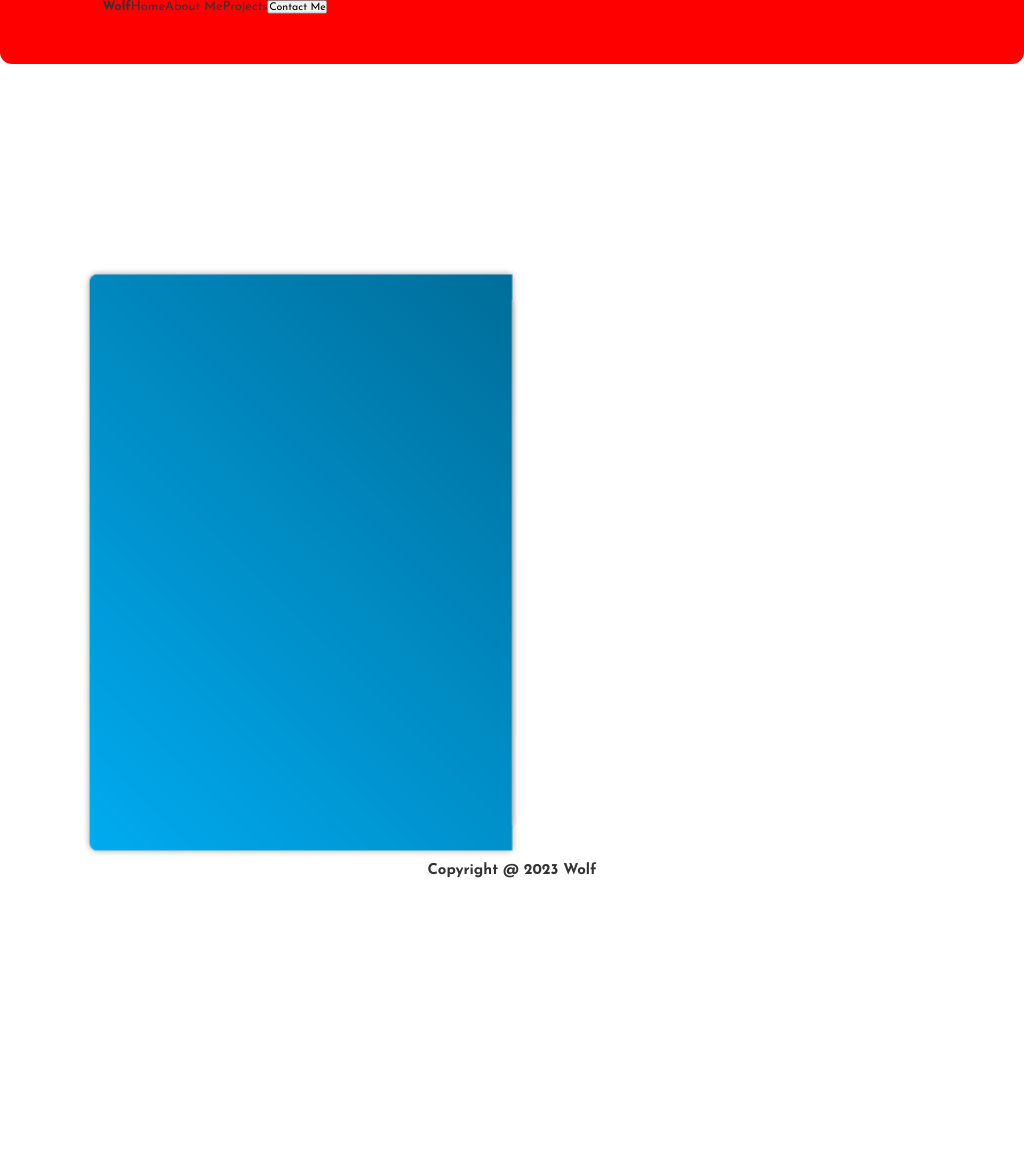
Repository: Ego-Wolf/Portfolio
Page: index.html
An editor plug-in stored every save of this project. The page is shown before and after the next save, followed by the edit.
The browser window is 1280 px wide. The pictures show the whole page, at 80% of full size.
Pictures or frames that could not be fetched are drawn as grey boxes.

Above is the page before, as saved 2023-12-14 16:07:57.

After the next save:
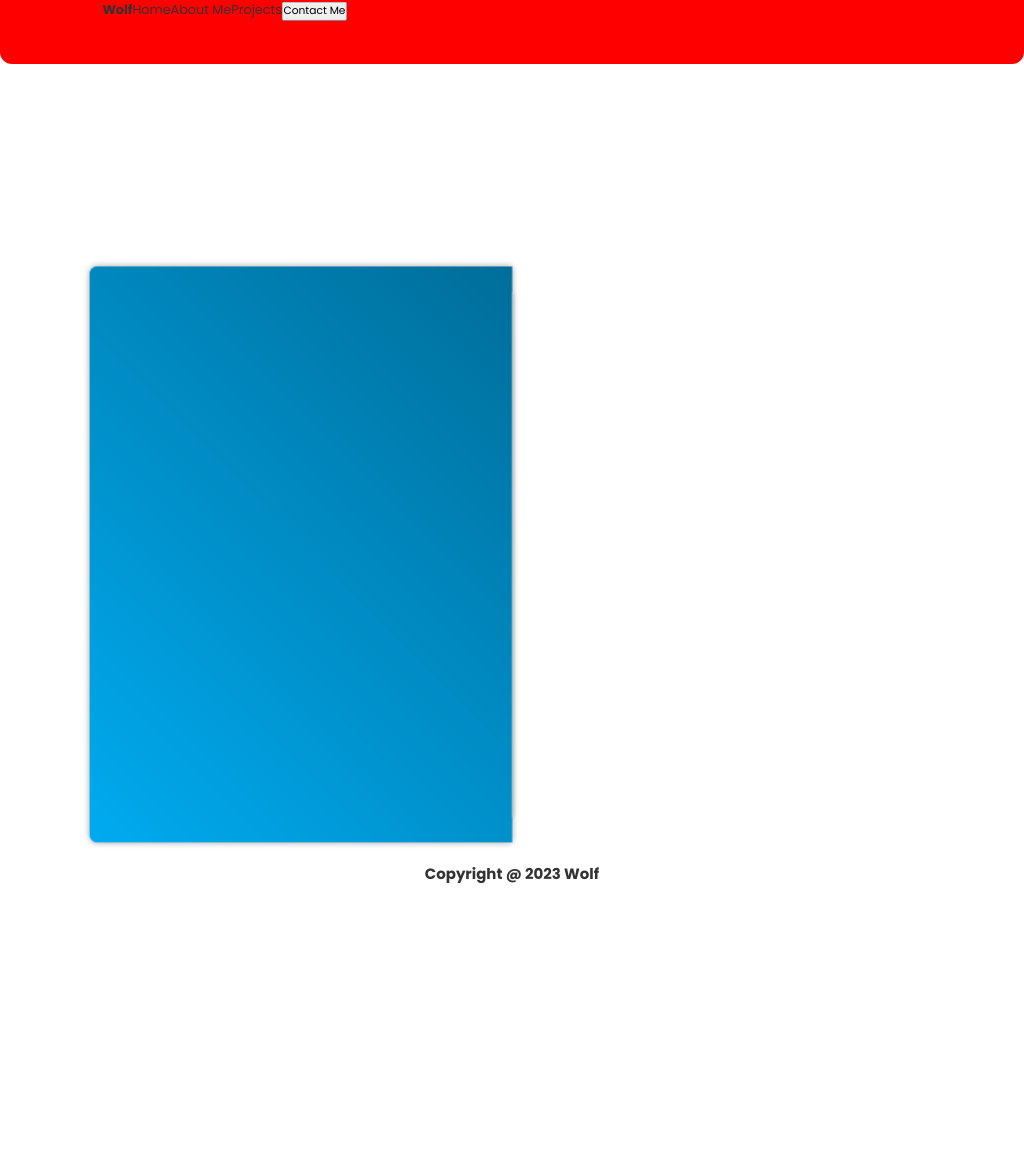
Saved 15 s later.
--- a/style.css
+++ b/style.css
@@ -20,8 +20,8 @@
     --pages-color: linear-gradient(90deg, #fff, #ddd);
     --border: .125rem solid #00abf0;
     --box-shadow: 0 0 .6rem rgba(0, 0, 0, .2);
-    --font-family-book: 'Josefin Sans', sans-serif;
-    --font-family: 'Poppins', sans-serif;
+    --font-family: 'Josefin Sans', sans-serif;
+    --font-family-book: 'Poppins', sans-serif;
 }
 
 
